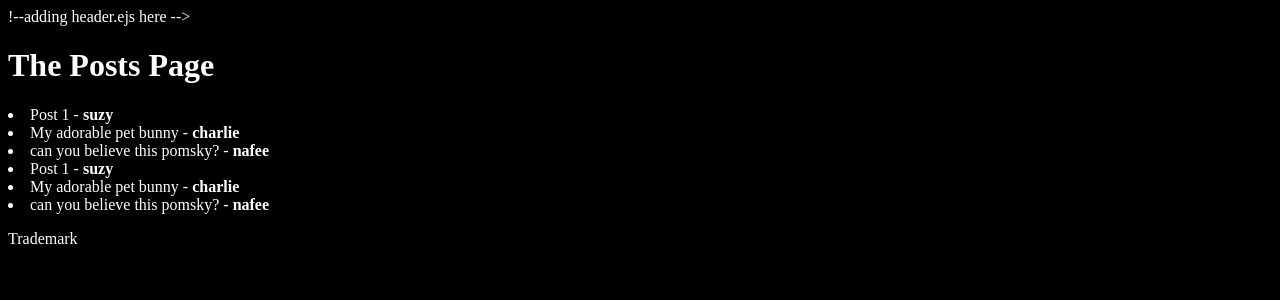
Repository: Nafeek30/WebProjects
Page: http://localhost/posts
The author's editor kept a record of every edit. The page is drawn from the files as they stood at one moment, then again after the next edit.
The browser window is 1280 px wide. The pictures show the whole page.
The page is served by the project's Node server (MoreExpress/EJSDemo/app.js).

Above is the page before.

After the next edit:
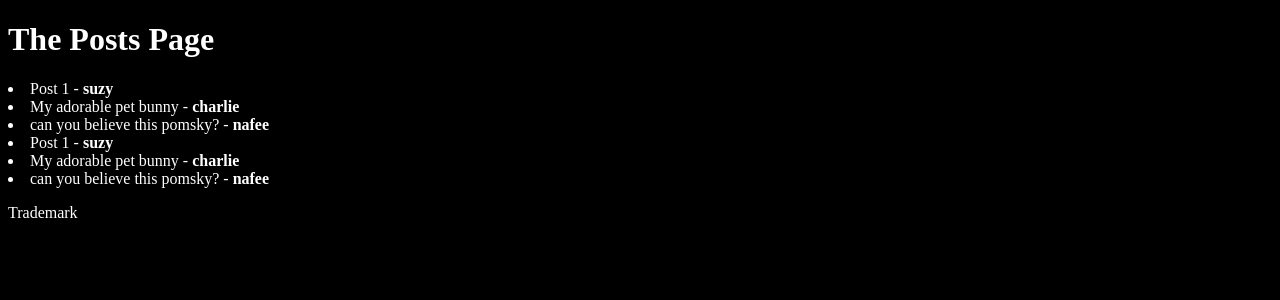
The edit:
--- a/Cloud 9 projects/MoreExpress/EJSDemo/views/posts.ejs
+++ b/Cloud 9 projects/MoreExpress/EJSDemo/views/posts.ejs
@@ -1,4 +1,4 @@
-!--adding header.ejs here -->
+<!--adding header.ejs here -->
 <% include partials/header %>
 
 
